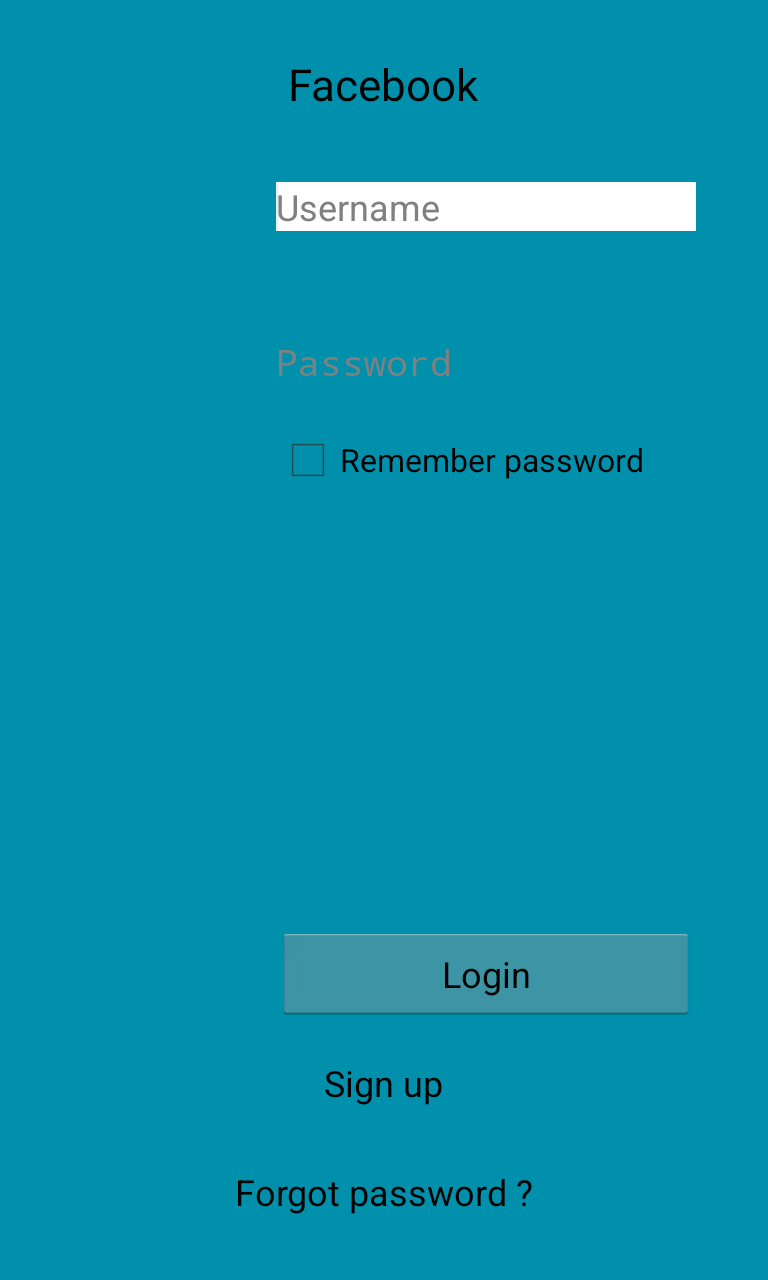
Repository: bharatpu/AndroidProject
Layout: Login/res/layout/manactivity.xml
An editor plug-in stored every save of this project. The layout is shown before and after the next save, followed by the edit.
It is drawn on a 768 x 1280 px phone screen (xhdpi) without system bars, with theme AppTheme; the app's code is not run.

Above is the layout before, as saved 2016-01-29 05:16:10.

### Login/res/layout/manactivity.xml
<?xml version="1.0" encoding="utf-8"?>
<RelativeLayout xmlns:android="http://schemas.android.com/apk/res/android"
    android:layout_width="match_parent"
    android:background="#0090AB"
    android:layout_height="match_parent" >

    <TextView
        android:id="@+id/textViewSignup"
        android:layout_width="wrap_content"
        android:layout_height="wrap_content"
        android:layout_above="@+id/textView2"
        android:layout_centerHorizontal="true"
        android:layout_marginBottom="30dp"
        android:text="Sign up"
        android:textAppearance="?android:attr/textAppearanceMedium" />

    <CheckBox
        android:id="@+id/checkBoxRememberpass"
        android:layout_width="wrap_content"
        android:layout_height="wrap_content"
        android:layout_alignLeft="@+id/editTextpassword"
        android:layout_below="@+id/editTextpassword"
        android:layout_marginTop="21dp"
        android:text="Remember password" />

    <EditText
        android:id="@+id/editTextpassword"
        android:layout_width="wrap_content"
        android:layout_height="wrap_content"
        android:layout_alignParentRight="true"
        android:layout_below="@+id/editTextusername"
        android:layout_marginRight="36dp"
        android:layout_marginTop="53dp"
        android:background="red"
        android:ems="10"
        android:hint="Password"
        android:inputType="textPassword" />

    <TextView
        android:id="@+id/textView2"
        android:layout_width="wrap_content"
        android:layout_height="wrap_content"
        android:layout_alignParentBottom="true"
        android:layout_centerHorizontal="true"
        android:layout_marginBottom="32dp"
        android:text="Forgot password ?"
        android:textAppearance="?android:attr/textAppearanceMedium" />

    <Button
        android:id="@+id/buttonLogin"
        android:layout_width="wrap_content"
        android:layout_height="wrap_content"
        android:layout_above="@+id/textViewSignup"
        android:layout_alignLeft="@+id/checkBoxRememberpass"
        android:layout_alignRight="@+id/editTextusername"
        android:layout_marginBottom="18dp"
        android:text="Login" />

    <EditText
        android:id="@+id/editTextusername"
        android:layout_width="wrap_content"
        android:layout_height="wrap_content"
        android:layout_alignLeft="@+id/editTextpassword"
        android:layout_alignParentTop="true"
        android:layout_marginTop="91dp"
        android:background="#ffffff"
        android:ems="10"
        android:hint="Username" >

        <requestFocus />
    </EditText>

    <TextView
        android:id="@+id/textView1"
        android:layout_width="wrap_content"
        android:layout_height="wrap_content"
        android:layout_alignParentTop="true"
        android:layout_centerHorizontal="true"
        android:layout_marginTop="27dp"
        android:text="Facebook"
        android:textAppearance="?android:attr/textAppearanceLarge"
        />

</RelativeLayout>

Loaded but not shown: Login/res/values/styles.xml (common file); Login/res/values-v11/styles.xml (common file); Login/res/values-v14/styles.xml (common file)

After the next save:
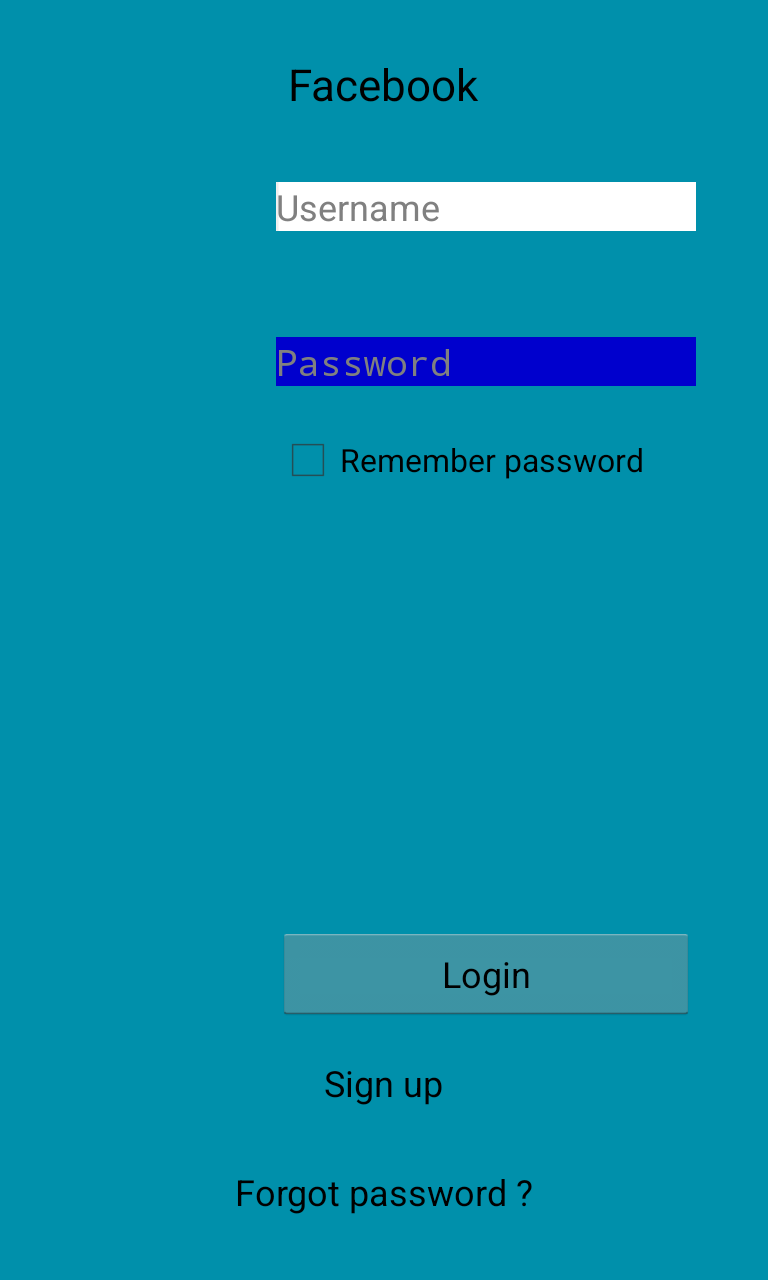
Saved 3 days later.
--- a/Login/res/layout/manactivity.xml
+++ b/Login/res/layout/manactivity.xml
@@ -31,7 +31,7 @@
         android:layout_below="@+id/editTextusername"
         android:layout_marginRight="36dp"
         android:layout_marginTop="53dp"
-        android:background="red"
+        android:background="#FF0000CD"
         android:ems="10"
         android:hint="Password"
         android:inputType="textPassword" />
